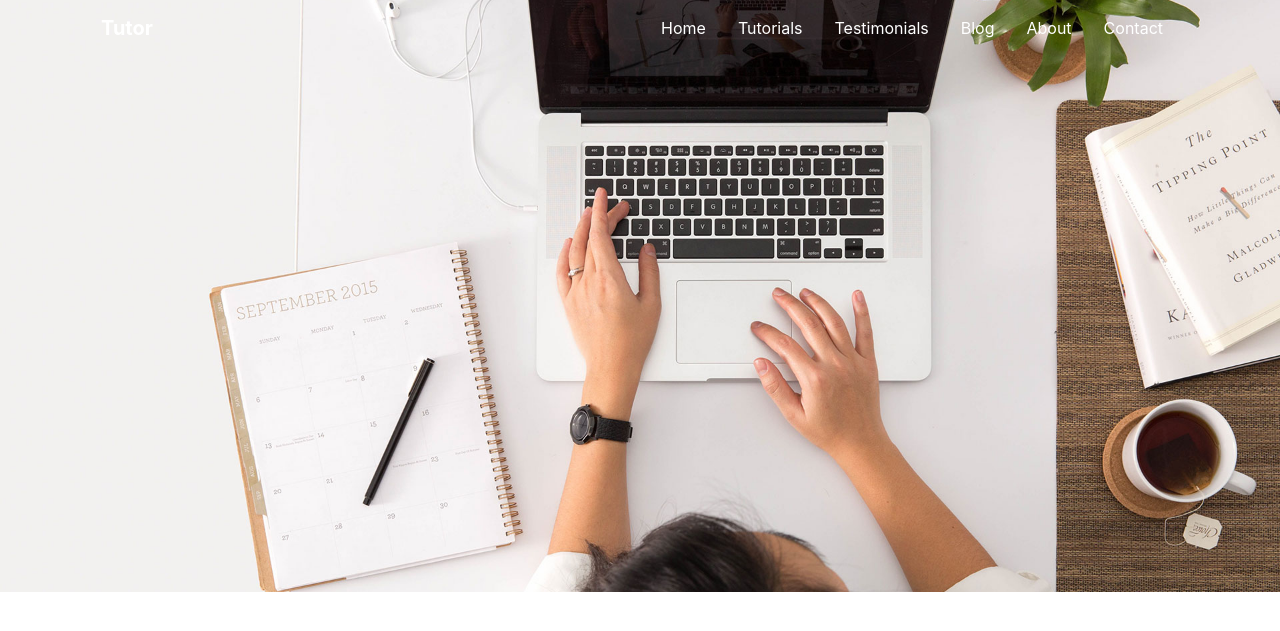
Repository: longvh2003/Tutor
Page: Views/home.html
An editor plug-in stored every save of this project. The page is shown before and after the next save, followed by the edit.
The browser window is 1280 px wide. The pictures show the whole page.
Some web libraries are served in a nearby version.

Above is the page before, as saved 2020-08-12 16:15:16.

### Views/home.html
<html lang="en">

<head>
    <meta charset="UTF-8">
    <meta name="viewport" content="width=device-width, initial-scale=1.0">
    <title>Home</title>
    <link rel="stylesheet" href="https://stackpath.bootstrapcdn.com/bootstrap/4.5.2/css/bootstrap.min.css"
        integrity="sha384-JcKb8q3iqJ61gNV9KGb8thSsNjpSL0n8PARn9HuZOnIxN0hoP+VmmDGMN5t9UJ0Z" crossorigin="anonymous">
    <link rel="stylesheet" href="https://use.fontawesome.com/releases/v5.12.0/css/all.css"
        integrity="sha384-REHJTs1r2ErKBuJB0fCK99gCYsVjwxHrSU0N7I1zl9vZbggVJXRMsv/sLlOAGb4M" crossorigin="anonymous" />
    <link rel="stylesheet" href="../Css/home.css">
</head>

<body>
    <section class="header">
        <div class="opacity"></div>
        <div class="container">
            <nav class="navbar navbar-light">
                <a class="navbar-brand text-white" href="#"><strong>Tutor</strong></a>
                <ul class="nav justify-content-center">
                    <li class="nav-item">
                        <a class="nav-link text-white" href="#">Home</a>
                    </li>
                    <li class="nav-item">
                        <a class="nav-link text-white" href="#">Tutorials</a>
                    </li>
                    <li class="nav-item">
                        <a class="nav-link text-white" href="#">Testimonials</a>
                    </li>
                    <li class="nav-item">
                        <a class="nav-link text-white" href="#">Blog</a>
                    </li>
                    <li class="nav-item">
                        <a class="nav-link text-white" href="#">About</a>
                    </li>
                    <li class="nav-item">
                        <a class="nav-link text-white" href="#">Contact</a>
                    </li>
                </ul>
            </nav>
        </div>
    </section>
</body>

</html>

### Css/home.css
body {
  font-family: "Raleway", -apple-system, BlinkMacSystemFont, "Segoe UI", Roboto,
    "Helvetica Neue", Arial, "Noto Sans", sans-serif, "Apple Color Emoji",
    "Segoe UI Emoji", "Segoe UI Symbol", "Noto Color Emoji";
}
.header{
    background: url(../Image/hero_bg.jpg) no-repeat center center;
    height: 37rem;
    background-size: cover;
}
.opacity{
    position: absolute;
    width: 100%;
    height: 600px;
}

After the next save:
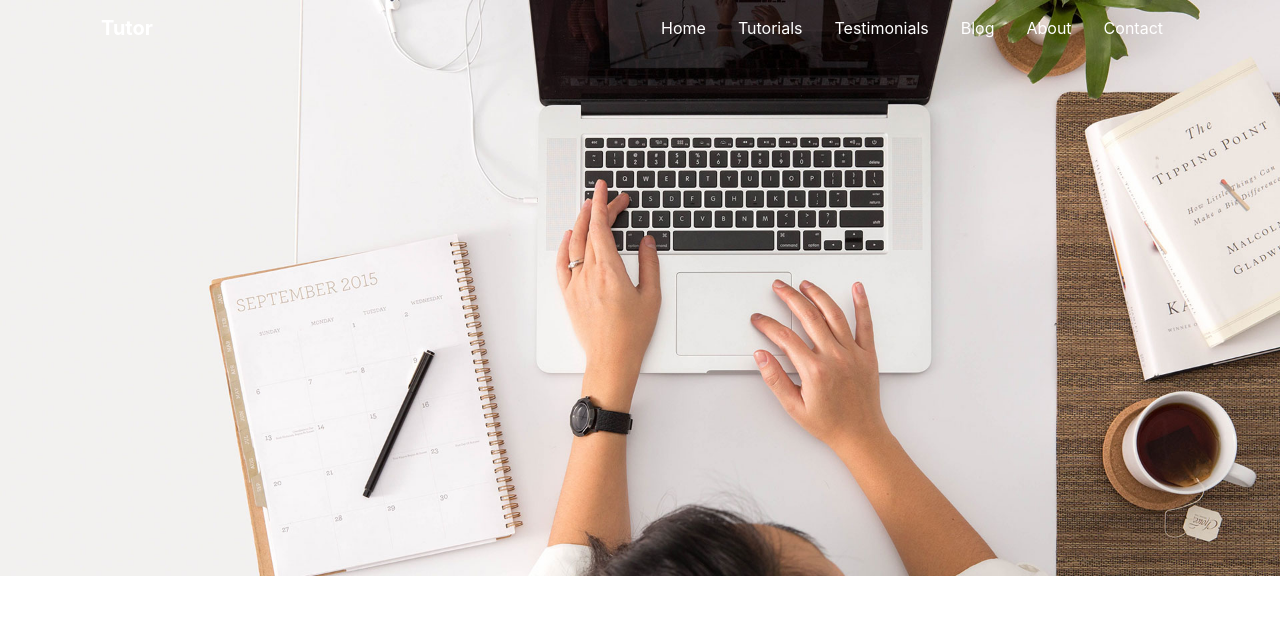
Saved 7 s later.
--- a/Css/home.css
+++ b/Css/home.css
@@ -5,7 +5,7 @@ body {
 }
 .header{
     background: url(../Image/hero_bg.jpg) no-repeat center center;
-    height: 37rem;
+    height: 36rem;
     background-size: cover;
 }
 .opacity{
